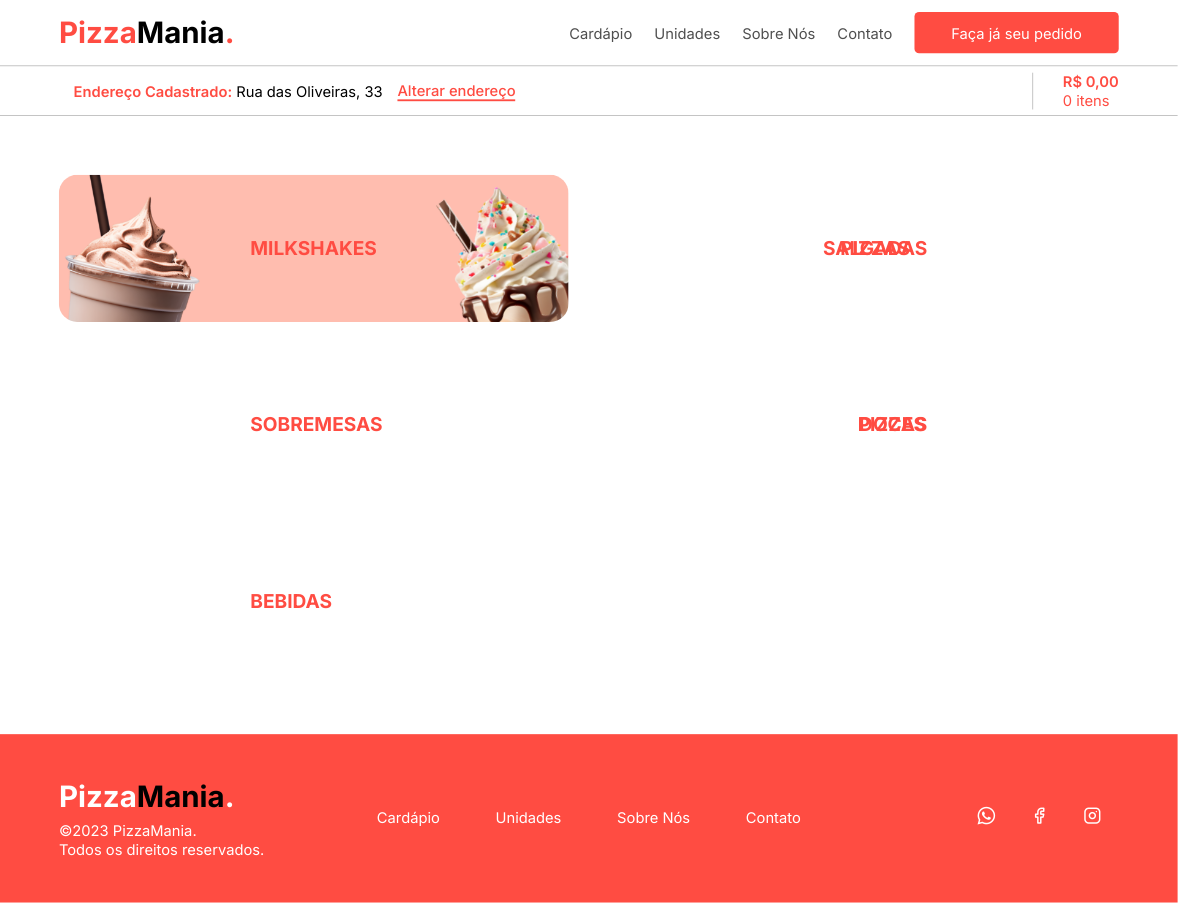
Repository: lucas-albuq/PizzaMania
Page: assets/pages/cardapio.html
The author's editor kept a copy of each file at every save. The page is drawn from the files as they stood at one save, then again after the next save.
The browser window is 1280 px wide. The pictures show the whole page, at 92% of full size.
Some icons come from a web library that is not loaded, so they are not drawn. Some web libraries are served in a nearby version.

Above is the page before, as saved 2024-01-04 21:04:56.

### assets/pages/cardapio.html
<!DOCTYPE html>
<html lang="en">
<head>
    <meta charset="UTF-8">
    <meta name="viewport" content="width=device-width, initial-scale=1.0">
    <title>PizzaMania. - Cardápio</title>
    <link rel='stylesheet' href='https://cdn-uicons.flaticon.com/2.0.0/uicons-regular-rounded/css/uicons-regular-rounded.css'>
    <link rel="stylesheet" href="/assets/fonts/style.css">
    <link rel="stylesheet" href="/assets/css/pizzamania.css">
</head>
<body>
    <div id="header"></div>
    <main>
        <div class="categorias-cardapio">
            <div class="milkshakes">
                <h2>Milkshakes</h2>
            </div>
            <div class="pizzas-salgadas">
                <h2>Pizzas <br>Salgadas</h2>
            </div>
            <div class="sobremesas">
                <h2>Sobremesas</h2>
            </div>
            <div class="pizzas-doces">
                <h2>Pizzas <br>Doces</h2>
            </div>
            <div class="bebidas">
                <h2>Bebidas</h2>
            </div>
        </div>
    </main>
    <div id="footer"></div>
    <script src="https://ajax.googleapis.com/ajax/libs/jquery/3.1.0/jquery.min.js"></script>
    <script src="../../main.js"></script>
</body>
</html>

### assets/fonts/style.css
@font-face {
  font-family: 'icomoon';
  src:  url('fonts/icomoon.eot?r532as');
  src:  url('fonts/icomoon.eot?r532as#iefix') format('embedded-opentype'),
    url('fonts/icomoon.ttf?r532as') format('truetype'),
    url('fonts/icomoon.woff?r532as') format('woff'),
    url('fonts/icomoon.svg?r532as#icomoon') format('svg');
  font-weight: normal;
  font-style: normal;
  font-display: block;
}

[class^="icon-"], [class*=" icon-"] {
  /* use !important to prevent issues with browser extensions that change fonts */
  font-family: 'icomoon' !important;
  speak: never;
  font-style: normal;
  font-weight: normal;
  font-variant: normal;
  text-transform: none;
  line-height: 1;

  /* Better Font Rendering =========== */
  -webkit-font-smoothing: antialiased;
  -moz-osx-font-smoothing: grayscale;
}

.icon-delivery:before {
  content: "\e909";
}
.icon-pizza:before {
  content: "\e90a";
}
.icon-fatia:before {
  content: "\e90b";
}
.icon-whatsapp:before {
  content: "\e900";
}
.icon-brand:before {
  content: "\e900";
}
.icon-social:before {
  content: "\e900";
}
.icon-facebook:before {
  content: "\e902";
}
.icon-instagram:before {
  content: "\e903";
}
.icon-mail:before {
  content: "\e904";
}
.icon-map-pin:before {
  content: "\e905";
}
.icon-menu:before {
  content: "\e901";
}
.icon-phone:before {
  content: "\e906";
}
.icon-x:before {
  content: "\e907";
}
.icon-youtube:before {
  content: "\e908";
}

### assets/css/pizzamania.css
@import url('https://fonts.googleapis.com/css2?family=Inter:wght@100;200;300;400;500;600;700;800;900&display=swap');

:root {
  --base-hue: 3;
  --primary-color: hsl(var(--base-hue), 100%, 63%);
  --secondary-color: hsl(var(--base-hue), 0%, 0%);
  --text-color: hsl(var(--base-hue), 0%, 31%);
  --text-hover-color: hsl(var(--base-hue), 0%, 51%);
  --background-color: hsl(var(--base-hue), 0%, 100%);
  --button-background: hsl(var(--base-hue), 100%, 63%);
  --button-hover-background: hsl(var(--base-hue), 67%, 47%);
  --divider-color: hsl(var(--base-hue), 0%, 75%);
  --shadow-color:rgba(0, 0, 0, 0.25);
  --box-shadow: 0px 2px 8px 0px rgba(0, 0, 0, 0.25);
}

* {
  padding: 0;
  margin: 0;
  scroll-behavior: smooth;
  font-family: 'Inter', sans-serif;
  box-sizing: border-box;
}

header {
  display: flex;
  flex-direction: column;
  align-items: center;
}

main{
  max-width: 80em;
  width: 90%;
  margin: 4em auto;
  display: flex;
  flex-direction: column;
  gap: 4em;
}

section{
  display: flex;
  flex-direction: column;
  gap: 2em;
}

h2{
  font-size: 1.3em;
  color: var(--primary-color);
  text-transform: uppercase;
}

h3{
  font-size: 1.2em;
}

.header1, .header2 {
  display: flex;
  max-width: 80em;
  width: 90%;
  justify-content: space-between;
  align-items: center;
}

.header1 {
  padding: .8em 0;
}

.header2 {
  padding: .4em 0;
}

.header1 h1 a {
  color: var(--primary-color);
  font-size: 2rem;
}

.header1 h1 span {
  color: var(--secondary-color);
}

.header1_menus {
  display: flex;
  gap: 1.5em;
}

.header1 nav {
  display: flex;
  align-items: center;
}

.header1 ul {
  display: flex;
  list-style-type: none;
  align-items: center;
  justify-content: center;
  gap: 1.5em;
  align-items: center;
}

.header1 a {
  text-decoration: none;
  color: var(--text-color);
  font-size: 1rem;
  transition: color .2s;
}

.header1 nav a:hover {
  color: var(--text-hover-color);
}

.header1 button {
  padding: .8em 2.5em;
  border-radius: 5px;
  line-height: initial;
  align-self: center;
  background-color: var(--button-background);
  border: none;
  color: #FFF;
  font-size: 1rem;
  cursor: pointer;
  transition: background .2s;
}

.header1 button:hover {
  background-color: var(--button-hover-background);
}

.divider {
  border-bottom: 1px solid var(--divider-color);
  width: 100%;
}

.header2 .endereco, .header2 .carrinho {
  display: flex;
  gap: 1em;
  align-items: center;
}

.header2 .carrinho {
  border-left: 1px solid var(--divider-color);
  padding-left: 1em;
  cursor: pointer;
}

.header2 .fi, .header2 span, .carrinho p {
  color: var(--primary-color);
  transition: color .2s;
}

.header2 .endereco button {
  background: none;
  border: none;
  font-size: 1rem;
  color: var(--primary-color);
  font-weight: 500;
  border-bottom: 2px solid var(--primary-color);
  cursor: pointer;
  transition: color .2s;
}

.header2 .endereco button:hover {
  color: var(--button-hover-background);
  border-color: var(--button-hover-background);
}

.header2 .carrinho:hover .valor p, .carrinho:hover .fi {
  color: var(--button-hover-background);
}

.header2 span, .carrinho p:first-child {
  font-weight: 600;
}

footer{
  background-color: var(--primary-color);
}
footer .footer{
  display: flex;
  max-width: 80em;
  width: 90%;
  margin: 0 auto;
  justify-content: space-between;
  align-items: center;
  padding: 3em 0;
}
.footer .footer-menu{
  width: 40%;
}
.footer .footer-menu ul{
  display: flex;
  list-style-type: none;
  justify-content: space-between;
}
.footer .footer-menu a{
  color: var(--background-color);
  text-decoration: none;
  transition: color .2s
}
.footer-menu a:hover{
  color: var(--divider-color)
}
.footer-logo-copy, .footer-social-medias{
  width: 20%;
}
.footer-social-medias{
  display: flex;
  justify-content: end;
  align-items: center;
}
.footer-social-medias a{
  text-decoration: none;
}
.footer-social-medias div {
  color: var(--background-color);
  font-size: 1.2rem;
  padding: 1em;
  transition: all .5s ease;
}

.footer-social-medias div:hover {
  transform: translateY(-5px);
}
.footer-social-medias div::after{
  content: "";
  display: block;
  width: 0;
  height: 3px;
  margin-top: 3px;
  border-radius: 5px;
  background: var(--background-color);
  transition: all .2s ease;
}
.footer-social-medias div:hover::after{
  width: 100%;
}
.footer-logo-copy{
  display: flex;
  flex-direction: column;
  gap: .5em;
  color: var(--background-color)
}
.footer-logo-copy a{
  color: var(--background-color);
  text-decoration: none;
}
.footer-logo-copy a span{
  color: var(--secondary-color);
}
.servicos > div{
  display: flex;
  justify-content: space-between;
}
.servicos > div > div{
  box-shadow: var(--box-shadow);
  display: flex;
  flex-direction: column;
  align-items: center;
  justify-content: center;
  padding: 2.5em;
  width: 30%;
  gap: 1.5em;
  border-radius: 20px;
  border-bottom: var(--primary-color) solid 8px;
}

.servicos img{
  height: 3.5em;
}

.servicos p{
  text-align: center;
}

.carrossel .swiper {
  width: 100%;
  aspect-ratio: 16/6;
  border-radius: 20px;
}
.carrossel .swiper img{
  width: 100%;
  aspect-ratio: 16/6;
  filter: brightness(75%);
}
.swiper-pagination-bullet{
  padding: 3px;
}
.swiper-pagination-bullet-active{
  background: var(--primary-color);
}
.swiper-button-next, .swiper-button-prev{
  color: #FFF
}
.promocoes .swiper-slide, .assessments .swiper-slide{
  padding: 1em .2em;
}
.promocoes .card{
  display: flex;
  flex-direction: column;
  padding: 2em;
  gap: 2em;
  box-shadow: var(--box-shadow);
  border-radius: 20px;
}
.promocoes .card-top, .promocoes .card-bottom{
  display: flex;
  justify-content: space-between;
}
.promocoes .card-top-text{
  width: 65%;
  display: flex;
  flex-direction: column;
  gap: 1em;
}
.promocoes .card-top-image{
  width: 35%;
}
.promocoes .card-top-image img{
  width: 100%;
}
.promocoes .card-bottom p span{
  font-weight: bold;
  font-size: 1.2em;
}
.promocoes .card-bottom button{
  border: none;
  background: var(--button-background);
  padding: 0 3em;
  border-radius: 5px;
  color: #FFF;
  font-size: 1rem;
  cursor: pointer;
  transition: background .2s;
}
.promocoes .card-bottom button:hover{
  background: var(--button-hover-background);
}
.swiper-container{
  overflow: hidden;
}
/*Novamente reutilizando código antigo meu (é meu msm)*/
.assessments .assessments__container .swiper-wrapper{
  display: flex;
  flex-wrap: nowrap;
}
.assessments .assessments__container .assessments__assessment blockquote{
  padding: 2em;
  box-shadow: var(--box-shadow);
  border-radius: 20px;
  height: auto;
  width: 100%;
}
.assessments .assessments__container .assessments__assessment p{
  position: relative;
  text-indent: 1.875rem;
  margin-bottom: 1.5rem;
  color: var(--title-color);
}
.assessments .assessments__container .assessments__assessment p span{
  font-size: 4rem;
  font-family: serif;
  font-weight: 700;
  position: absolute;
  color: var(--primary-color);
  top: -1.375rem;
  left: -2.300rem;
}
.assessments .assessments__container .assessments__assessment cite {
  display: flex;
  align-items: center;
  font-style: normal;
  text-transform: capitalize;
}
.assessments .assessments__container .assessments__assessment cite img{
  height: 2rem;
  width: 2rem;
  object-fit: cover;
  clip-path: circle();
  margin-right: 0.5rem;
}
.categorias-cardapio{
  display: flex;
  flex-wrap: wrap;
  gap: 2em;
  justify-content: space-between;
}
.categorias-cardapio > div{
  padding: 5em 13em;
  text-align: center;
  border-radius: 20px;
}
.categorias-cardapio h2{
  line-height: 0;
}
.categorias-cardapio .milkshakes{
  background-image: url("/assets/images/Milkshakes.png");
  background-size: 100% auto;
  background-position: center;
  background-repeat: no-repeat;

}

### main.js
document.addEventListener('DOMContentLoaded', function() {
    const header = document.getElementById('header');
    const footer = document.getElementById('footer');

    fetch('/assets/html/header.html')
        .then(response => response.text())
        .then(data => {
            header.innerHTML = data;

            const fazerPedido = document.querySelector(".header1_menus button");
            fazerPedido.addEventListener("click", () => window.open('./assets/pages/cardapio.html', '_self'));
        });

    fetch('/assets/html/footer.html')
        .then(response => response.text())
        .then(data => {
            footer.innerHTML = data;
        });
});

### assets/html/header.html
<header>
        <div class="header1">
            <h1><a href="/index.html">Pizza<span>Mania</span>.</a></h1>
            <div class="header1_menus">
                <nav>
                    <ul>
                        <li><a href="#">Cardápio</a></li>
                        <li><a href="#">Unidades</a></li>
                        <li><a href="#">Sobre Nós</a></li>
                        <li><a href="#">Contato</a></li>
                    </ul>
                </nav>
                <button>
                    Faça já seu pedido
                </button>
            </div>
        </div>
        <div class="divider"></div>
        <div class="header2">
            <div class="endereco">
                <i class="fi fi-rr-home"></i>
                <p><span>Endereço Cadastrado:</span> Rua das Oliveiras, 33</p>
                <button>Alterar endereço</button>
            </div>
            <div class="carrinho">
                <i class="fi fi-rr-shopping-cart"></i>
                <div class="valor">
                    <p>R$ 0,00</p>
                    <p>0 itens</p>
                </div>
            </div>
        </div>
        <div class="divider"></div>
    </header>

### assets/html/footer.html
<footer>
    <div class="footer">
        <div class="footer-logo-copy">
            <h1><a href="/index.html">Pizza<span>Mania</span>.</a></h1>
            <p>
                ©2023 PizzaMania. <br>
                Todos os direitos reservados.
            </p>
        </div>
        <nav class="footer-menu">
            <ul>
                <li><a href="">Cardápio</a></li>
                <li><a href="">Unidades</a></li>
                <li><a href="">Sobre Nós</a></li>
                <li><a href="">Contato</a></li>
            </ul>
        </nav>
        <div class="footer-social-medias">
            <a href="#">
                <div class="icon-whatsapp"></div>
            </a>
            <a href="#">
                <div class="icon-facebook"></div>
            </a>
            <a href="#">
                <div class="icon-instagram"></div>
            </a>
        </div>
    </div>
</footer>

After the next save:
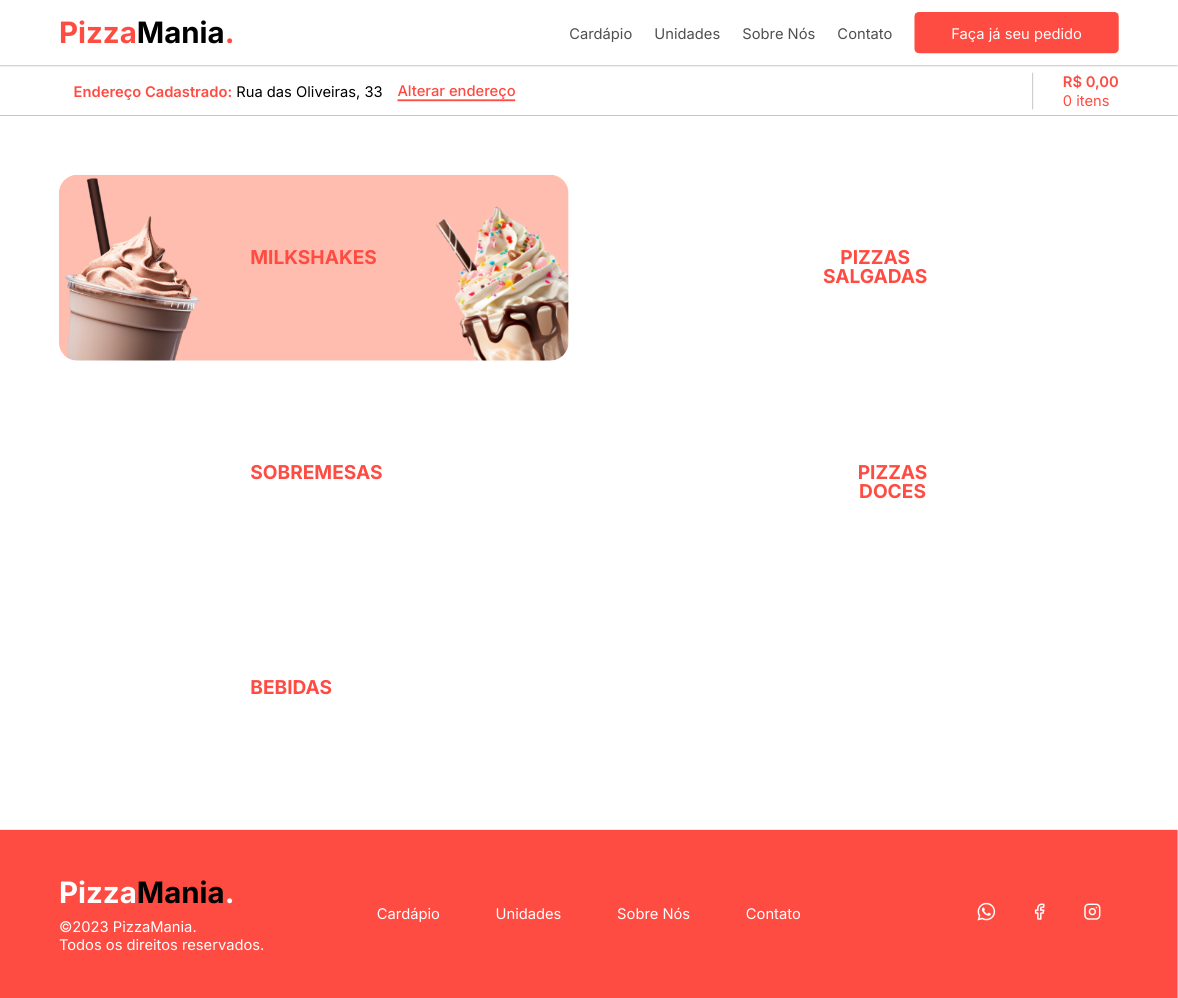
Saved 10 s later.
--- a/assets/css/pizzamania.css
+++ b/assets/css/pizzamania.css
@@ -389,7 +389,7 @@ footer .footer{
   border-radius: 20px;
 }
 .categorias-cardapio h2{
-  line-height: 0;
+  line-height: 1;
 }
 .categorias-cardapio .milkshakes{
   background-image: url("/assets/images/Milkshakes.png");
